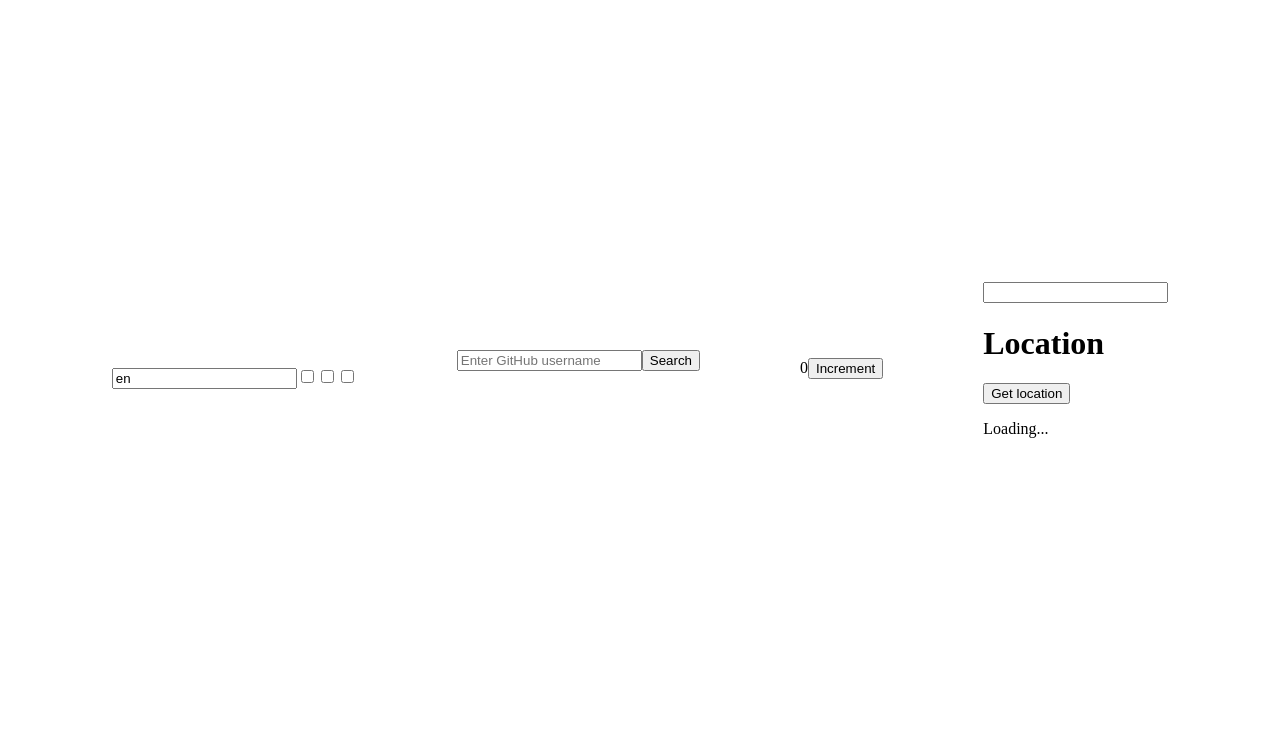
Repository: CryptoFamilyNFT/develhope
Page: / (app in vite/v1/)
The author's editor kept a copy of each file at every save. The page is drawn from the files as they stood at one save, then again after the next save.
The browser window is 1280 px wide. The pictures show the whole page.
The page's requests for data from a server got no answer. The project was rebuilt for these pictures with package versions that can differ from the ones it lists, and the page was loaded fresh each time. No one was signed in, and anything a server would have sent is missing. Also part of the build but not shown: vite/v1/vite.config.js, vite/v1/src/index.css, vite/v1/src/components/GitHubUser/GitHubUser.jsx.

Above is the page before, as saved 2025-02-27 09:12:56.

### vite/v1/src/index.jsx
import { createRoot } from "react-dom/client";
//import App from "./App";
import './index.css';
import LanguageProvider from "./helper/LanguageProvider";
import App from "./App";

const root = createRoot(document.getElementById("root"));

root.render(
    <LanguageProvider>
        <App/>
    </LanguageProvider>
);

### vite/v1/src/helper/LanguageProvider.jsx
/* eslint-disable react/prop-types */
import React, { useEffect } from "react";
import { ILangContext, LanguageContext } from "./LanguageContext";
import LanguageHelper from "./LanguageHelper";

const LanguageProvider = ({ children }) => {
    const [context, setContext] = React.useState(ILangContext.loaded, ILangContext.reload);

    const saveContext = (context) => {
      setContext(context);
    };

    useEffect(() => {
      const ctx = LanguageHelper.getInitiLang(context)
      saveContext({...ctx, loaded: true, reload: false});
    }, []);

    return <LanguageContext.Provider value={{context, saveContext}}>{children}</LanguageContext.Provider>;
  };

  export default LanguageProvider;

### vite/v1/src/App.jsx
//import { Button } from "./components/Button";
//import { Counter } from "./components/Counter";
//import { Clock, Counter2 } from "./components/Counter2";
//import MouseClicker from "./components/MouseClicker";
//import {Login}  from "./components/Login";
//import Welcome from "./components/Welcome";
//import Welcome from "./components/Welcome";
//import CounterDisplay from "./components/CounterDisplay";
//import TodoList from "./components/TodoList/TodoList";
import React, { useState } from "react";
import { LanguageContext } from "./helper/LanguageContext";
import LanguageHelper from "./helper/LanguageHelper";
import GitHubUsers from "./components/GitHubUser/GitHubUsers";
import useCounter from "./components/hooks/useCounter";
import useGithubUser from "./components/hooks/useGithubUser";
import useCurrentLocation from "./components/hooks/useCurrentLocation";
import useCustomCounter from "./components/hooks/useCustomCounter";

function App() {
  const {context, saveContext} = React.useContext(LanguageContext);
  const [langSelected, selectLang] = React.useState(null)
  const {count, increment } = useCounter(0);
  const [username, setUsername] = useState('');
  // const [_user, _setUser] = useState({
  //   user: null,
  //   loading: false,
  //   error: null
  // });
  const {location, getCurrentLocation, _error, _loading} = useCurrentLocation();

  function switchText(lang) {
    selectLang(lang);
    const switchedText = LanguageHelper.switchText(lang);
    saveContext({...context, lang, textTranslated: switchedText});
    console.log(switchedText)
    return switchedText
  }

  const { user, loading, error, fetchUser } = useGithubUser();

  function UpdateUserGithub(username) {
    setUsername(username);
    fetchUser(username);
  }

  const {counter, _increment, decrement, reset} = useCustomCounter();

  return (
    <div style={{
      width: "100%",
      height: "100vh",
      alignItems: "center",
      display: "flex",
      justifyContent: "center",
      gap: 100
    }}>
      {/*
      <div>
        <Button onClick={() => alert(new Date().toLocaleString())}>Click me!</Button>
      </div>
      <Counter />
      <Counter2 />
      <Clock />
      <MouseClicker />

      <AlertClock onShowTime={() => alert(new Date().toLocaleString())} />
            <InteractiveWelcome/>
      <Login/>
      <UncontrolledLogin/>
            <Chat />
                  <TodoList/>
                  <Color>
                  <Colors colors={[{id: 1, color: 'red'}]}
                      <Welcome/>

      */}
      {/*<TodoList />
    <Welcome name={"Mario"}/>
    <Login/>
    <CounterDisplay>
      3
    </CounterDisplay>
    <Users/>*/}
    <div id="context-lang">
      <h2>{context.textTranslated}</h2>
      <input type="text" value={context?.lang || ''} onChange={(e) => saveContext({...context, lang: e.target.value})} />
      <input type="checkbox" checked={langSelected === 'en'} value={'en'} onChange={(e) => switchText(e.target.value)} title="en" />
      <input type="checkbox" checked={langSelected === 'fr'} value={'fr'} onChange={(e) => switchText(e.target.value)} title="fr" />
      <input type="checkbox" checked={langSelected === 'es'} value={'es'} onChange={(e) => switchText(e.target.value)} title="es" />
    </div>

      {/* GITHUB USERS */}
     <GitHubUsers />

     {/* useCounter */}
     <div>
      {count}
      <button onClick={() => increment()}>Increment</button>
     </div>

     {/* useGitHubUser */}
     <div>
      <form>
        <input type="text" value={username || ''} onChange={(e) => UpdateUserGithub(e.target.value)} />
      </form>
      {loading && <p>Loading...</p>}
      {error !== null && <p>Error: {user.error}</p>}
      {user && (
        <div>
          <h1>{user.name}</h1>
          <p>{user.login}</p>
          {user.avatar_url && <img src={user.avatar_url} width={'100px'} height={'auto'}/>}
        </div>
      )}
      <div>
        <h1>Location</h1>
        {location ? <div>{location.longitude} <span><button onClick={getCurrentLocation}>New</button></span></div> : <button onClick={getCurrentLocation}>Get location</button>}
        {_loading && <p>Loading...</p>}
        {_error !== null && <p>Error: {_error}</p>}
      </div>
     </div>
    </div>
  );
}

export default App;

### vite/v1/src/helper/LanguageContext.jsx
import React from "react";

export const ILangContext = {
    loaded: false,
    reload: true
}

export const LanguageContext = React.createContext(null);

### vite/v1/src/helper/LanguageHelper.jsx
export default class LanguageHelper {
    static getInitiLang(context) {
        context = {...context, lang: 'en'};
        return context;
    }

    static getLanguage() {
        return 'en';
    }

    static switchText(lang) {
        switch (lang) {
            case 'en':
                return 'Hello World';
            case 'es':
                return 'Hola Mundo';
            case 'fr':
                return 'Bonjour le monde';
            default:
                return 'Hello World';
        }
    }

}

### vite/v1/src/components/GitHubUser/GitHubUsers.jsx
/* eslint-disable no-unused-vars */
import React, { useState } from 'react';
import GitHubUser from './GitHubUser';

const GitHubUsers = () => {
    const [username, setUsername] = useState('');
    const [users, setUsers] = useState([]);

    const handleSubmit = (e) => {
        e.preventDefault();
        if (username) {
            setUsers([...users, username]);
            setUsername('');
        }
    };

    return (
        <div>
            <form onSubmit={handleSubmit}>
                <input
                    type="text"
                    value={username}
                    onChange={(e) => setUsername(e.target.value)}
                    placeholder="Enter GitHub username"
                />
                <button type="submit">Search</button>
            </form>
            <ul>
                {users.map((user, index) => (
                    <GitHubUser key={index} username={user} />
                ))}
            </ul>
        </div>
    );
};

export default GitHubUsers;

### vite/v1/src/components/hooks/useCounter.jsx
import React from "react";

export default function useCounter(initialValue = 0) {
    const [count, setCount] = React.useState(initialValue);

    const increment = () => {
        setCount(count + 1);
    };

    const decrement = () => {
        setCount(count - 1);
    };

    const reset = () => {
        setCount(initialValue);
    };

    return { count, increment, decrement, reset};
}

### vite/v1/src/components/hooks/useGithubUser.jsx
/* eslint-disable react/prop-types */
import { useState } from "react";

export default function useGithubUser() {
    const [user, setUser] = useState(null);
    const [loading, setLoading] = useState(false);
    const [error, setError] = useState(null);

    const fetchUser = async (username) => {
        if (!username) return;

        setLoading(true);
        setError(null);

        try {
            const response = await fetch(`https://api.github.com/users/${username}`);
            if (!response.ok) {
                throw new Error('Error on response');
            }
            const data = await response.json();
            setUser(data);
        } catch (error) {
            setError(error);
        } finally {
            setLoading(false);
        }
    };

    return { user, loading, error, fetchUser };
}

### vite/v1/src/components/hooks/useCurrentLocation.js
import { useState, useEffect } from 'react';

const useCurrentLocation = () => {
    const [location, setLocation] = useState(null);
    const [_error, setError] = useState(null);
    const [_loading, setLoading] = useState(false);

    const getCurrentLocation = () => {
        if (!navigator.geolocation) {
            setError('Geolocation is not supported by your browser');
            return;
        }

        setLoading(true);
        navigator.geolocation.getCurrentPosition(
            (position) => {
                setLocation({
                    latitude: position.coords.latitude,
                    longitude: position.coords.longitude,
                });
                setLoading(false);
            },
            (err) => {
                setError(err.message);
                setLoading(false);
            }
        );
    };

    useEffect(() => {
        getCurrentLocation();
    }, []);

    return { location, getCurrentLocation, _error, _loading };
};

export default useCurrentLocation;

### vite/v1/src/components/hooks/useCustomCounter.jsx
import React,{ useMemo } from "react";

export default function useCustomCounter() {
    const [count, setCount] = React.useState(0);

    const memoriedFuncs = useMemo(() => {
        const increment = () => {
            setCount(count + 1);
        };

        const decrement = () => {
            setCount(count - 1);
        };

        const reset = () => {
            setCount(0);
        };

        return { increment, decrement, reset };
    }, [count]);

    return { count, _increment: memoriedFuncs.increment, decrement: memoriedFuncs.decrement, reset: memoriedFuncs.reset };
}

Loaded but not shown: vite/v1/index.html (common file)

After the next save:
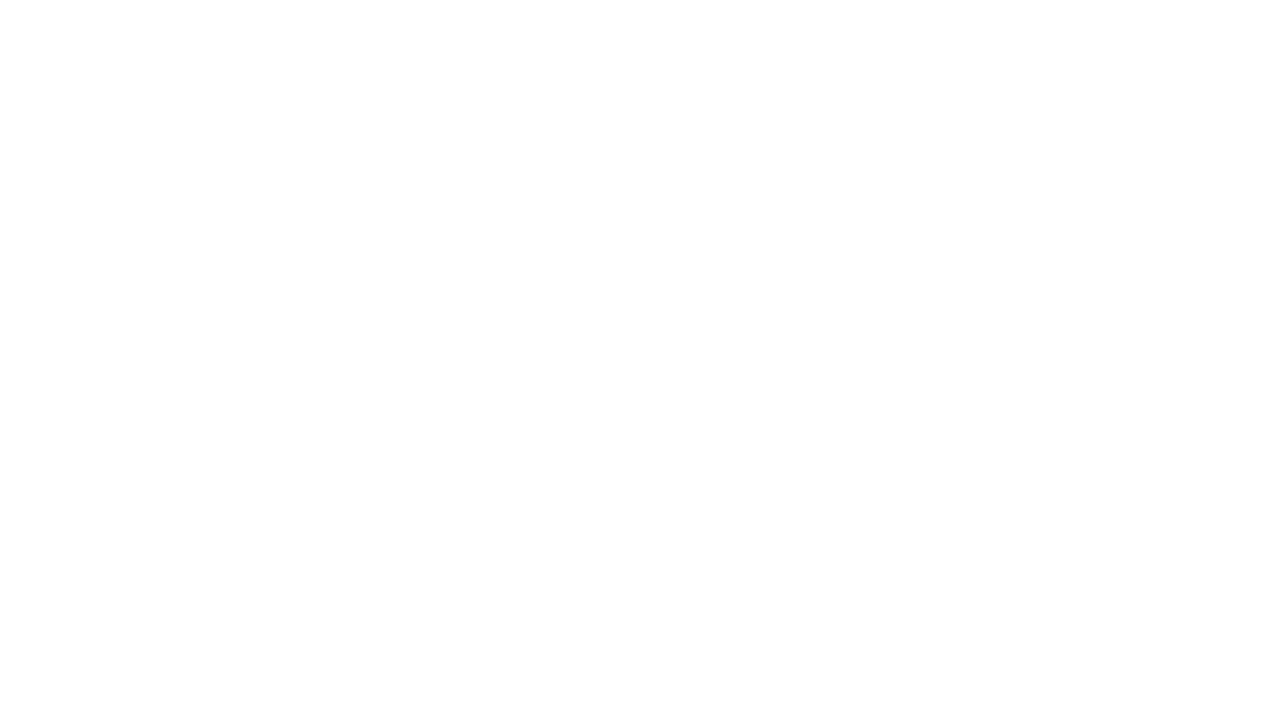
Console error: ReferenceError: counter is not defined
Saved 57 s later.
--- a/vite/v1/src/App.jsx
+++ b/vite/v1/src/App.jsx
@@ -17,21 +17,21 @@ import useCurrentLocation from "./components/hooks/useCurrentLocation";
 import useCustomCounter from "./components/hooks/useCustomCounter";
 
 function App() {
-  const {context, saveContext} = React.useContext(LanguageContext);
+  const { context, saveContext } = React.useContext(LanguageContext);
   const [langSelected, selectLang] = React.useState(null)
-  const {count, increment } = useCounter(0);
+  const { count, increment } = useCounter(0);
   const [username, setUsername] = useState('');
   // const [_user, _setUser] = useState({
   //   user: null,
   //   loading: false,
   //   error: null
   // });
-  const {location, getCurrentLocation, _error, _loading} = useCurrentLocation();
+  const { location, getCurrentLocation, _error, _loading } = useCurrentLocation();
 
   function switchText(lang) {
     selectLang(lang);
     const switchedText = LanguageHelper.switchText(lang);
-    saveContext({...context, lang, textTranslated: switchedText});
+    saveContext({ ...context, lang, textTranslated: switchedText });
     console.log(switchedText)
     return switchedText
   }
@@ -43,7 +43,8 @@ function App() {
     fetchUser(username);
   }
 
-  const {counter, _increment, decrement, reset} = useCustomCounter();
+  const { _counter, _increment, decrement, reset } = useCustomCounter();
+
 
   return (
     <div style={{
@@ -81,44 +82,52 @@ function App() {
       3
     </CounterDisplay>
     <Users/>*/}
-    <div id="context-lang">
-      <h2>{context.textTranslated}</h2>
-      <input type="text" value={context?.lang || ''} onChange={(e) => saveContext({...context, lang: e.target.value})} />
-      <input type="checkbox" checked={langSelected === 'en'} value={'en'} onChange={(e) => switchText(e.target.value)} title="en" />
-      <input type="checkbox" checked={langSelected === 'fr'} value={'fr'} onChange={(e) => switchText(e.target.value)} title="fr" />
-      <input type="checkbox" checked={langSelected === 'es'} value={'es'} onChange={(e) => switchText(e.target.value)} title="es" />
-    </div>
+      <div id="context-lang">
+        <h2>{context.textTranslated}</h2>
+        <input type="text" value={context?.lang || ''} onChange={(e) => saveContext({ ...context, lang: e.target.value })} />
+        <input type="checkbox" checked={langSelected === 'en'} value={'en'} onChange={(e) => switchText(e.target.value)} title="en" />
+        <input type="checkbox" checked={langSelected === 'fr'} value={'fr'} onChange={(e) => switchText(e.target.value)} title="fr" />
+        <input type="checkbox" checked={langSelected === 'es'} value={'es'} onChange={(e) => switchText(e.target.value)} title="es" />
+      </div>
 
       {/* GITHUB USERS */}
-     <GitHubUsers />
+      <GitHubUsers />
 
-     {/* useCounter */}
-     <div>
-      {count}
-      <button onClick={() => increment()}>Increment</button>
-     </div>
+      {/* useCounter */}
+      <div>
+        {count}
+        <button onClick={() => increment()}>Increment</button>
+      </div>
 
-     {/* useGitHubUser */}
-     <div>
-      <form>
-        <input type="text" value={username || ''} onChange={(e) => UpdateUserGithub(e.target.value)} />
-      </form>
-      {loading && <p>Loading...</p>}
-      {error !== null && <p>Error: {user.error}</p>}
-      {user && (
+      {/* useGitHubUser */}
+      <div>
+        <form>
+          <input type="text" value={username || ''} onChange={(e) => UpdateUserGithub(e.target.value)} />
+        </form>
+        {loading && <p>Loading...</p>}
+        {error !== null && <p>Error: {user.error}</p>}
+        {user && (
+          <div>
+            <h1>{user.name}</h1>
+            <p>{user.login}</p>
+            {user.avatar_url && <img src={user.avatar_url} width={'100px'} height={'auto'} />}
+          </div>
+        )}
         <div>
-          <h1>{user.name}</h1>
-          <p>{user.login}</p>
-          {user.avatar_url && <img src={user.avatar_url} width={'100px'} height={'auto'}/>}
+          <h1>Location</h1>
+          {location ? <div>{location.longitude} <span><button onClick={getCurrentLocation}>New</button></span></div> : <button onClick={getCurrentLocation}>Get location</button>}
+          {_loading && <p>Loading...</p>}
+          {_error !== null && <p>Error: {_error}</p>}
         </div>
-      )}
+      </div>
+
+      {/* usecustomCounter */}
       <div>
-        <h1>Location</h1>
-        {location ? <div>{location.longitude} <span><button onClick={getCurrentLocation}>New</button></span></div> : <button onClick={getCurrentLocation}>Get location</button>}
-        {_loading && <p>Loading...</p>}
-        {_error !== null && <p>Error: {_error}</p>}
+        {counter}
+        <button onClick={_increment}>Increment</button>
+        <button onClick={decrement}>Decrement</button>
+        <button onClick={reset}>Reset</button>
       </div>
-     </div>
     </div>
   );
 }

After the 5 saves that followed:
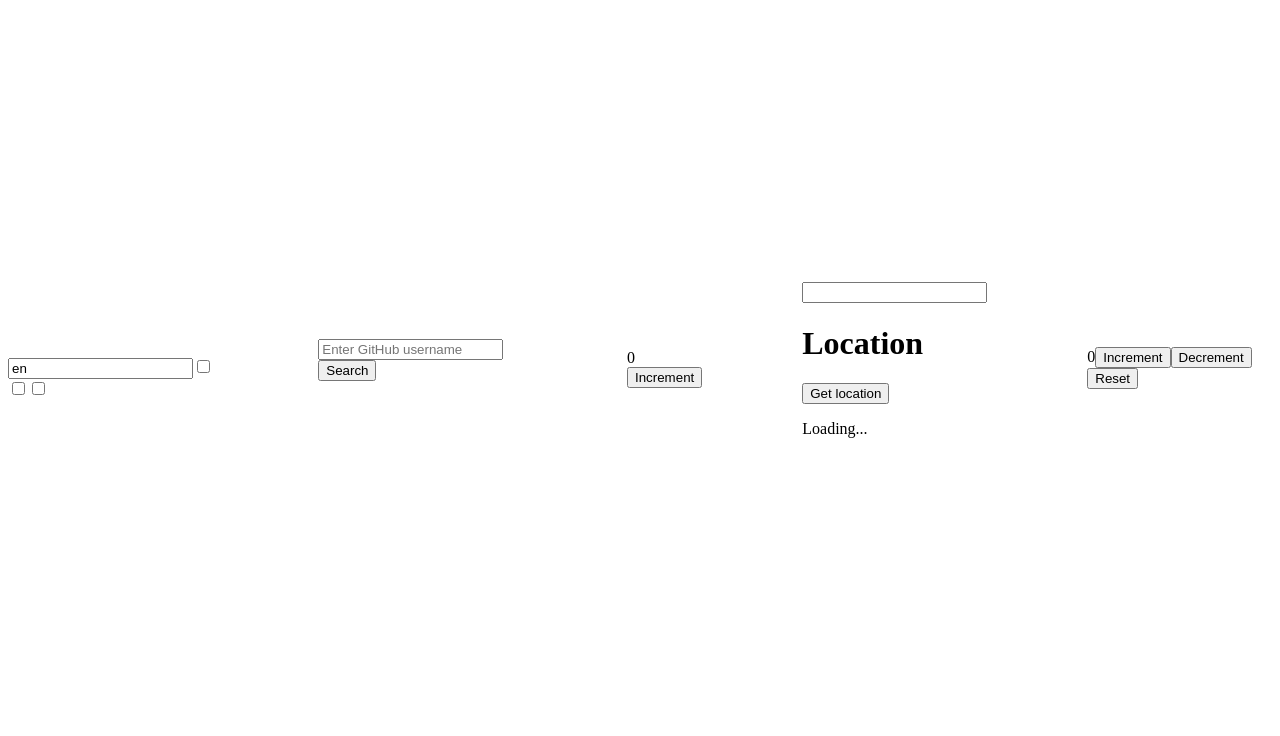
The error is gone.
The 5 saves are shown as one change because 3 left the picture as it was and some came seconds apart.
The last was saved 39 s later.
--- a/vite/v1/src/App.jsx
+++ b/vite/v1/src/App.jsx
@@ -43,7 +43,7 @@ function App() {
     fetchUser(username);
   }
 
-  const { _counter, _increment, decrement, reset } = useCustomCounter();
+  const { _count, _increment, decrement, reset } = useCustomCounter();
 
 
   return (
@@ -123,7 +123,7 @@ function App() {
 
       {/* usecustomCounter */}
       <div>
-        {counter}
+        {_count}
         <button onClick={_increment}>Increment</button>
         <button onClick={decrement}>Decrement</button>
         <button onClick={reset}>Reset</button>
--- a/vite/v1/src/components/hooks/useCustomCounter.jsx
+++ b/vite/v1/src/components/hooks/useCustomCounter.jsx
@@ -1,15 +1,15 @@
 import React,{ useMemo } from "react";
 
 export default function useCustomCounter() {
-    const [count, setCount] = React.useState(0);
+    const [_count, setCount] = React.useState(0);
 
     const memoriedFuncs = useMemo(() => {
         const increment = () => {
-            setCount(count + 1);
+            setCount(_count + 1);
         };
 
         const decrement = () => {
-            setCount(count - 1);
+            setCount(_count - 1);
         };
 
         const reset = () => {
@@ -17,7 +17,7 @@ export default function useCustomCounter() {
         };
 
         return { increment, decrement, reset };
-    }, [count]);
+    }, [_count]);
 
-    return { count, _increment: memoriedFuncs.increment, decrement: memoriedFuncs.decrement, reset: memoriedFuncs.reset };
+    return { _count, _increment: memoriedFuncs.increment, decrement: memoriedFuncs.decrement, reset: memoriedFuncs.reset };
 }
